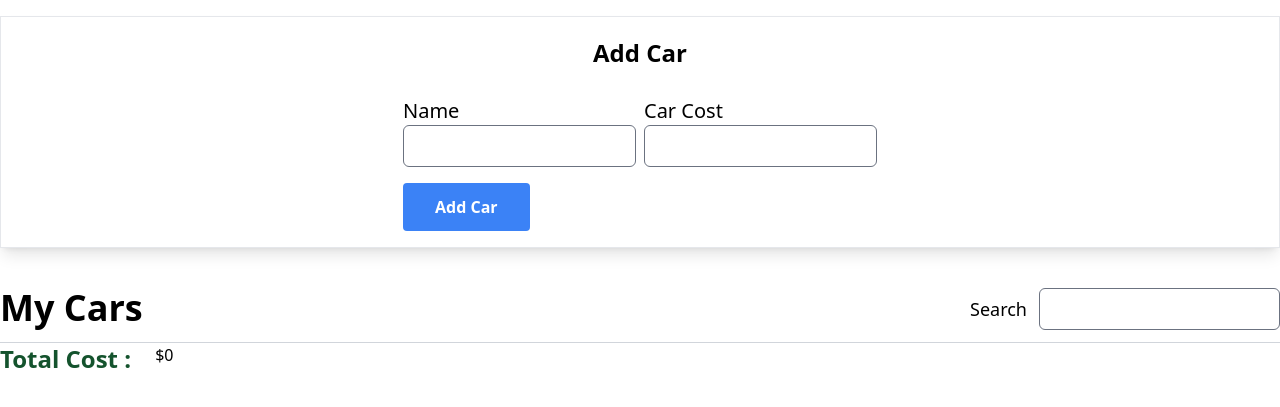
Repository: Marhamat92/carsappreduxtoolkit
Page: /
An editor plug-in stored every save of this project. The page is shown before and after the next save, followed by the edit.
The browser window is 1280 px wide. The pictures show the whole page.
The project was rebuilt for these pictures with package versions that can differ from the ones it lists, and the page was loaded fresh each time.

Above is the page before, as saved 2023-01-24 00:46:01.

After the next save:
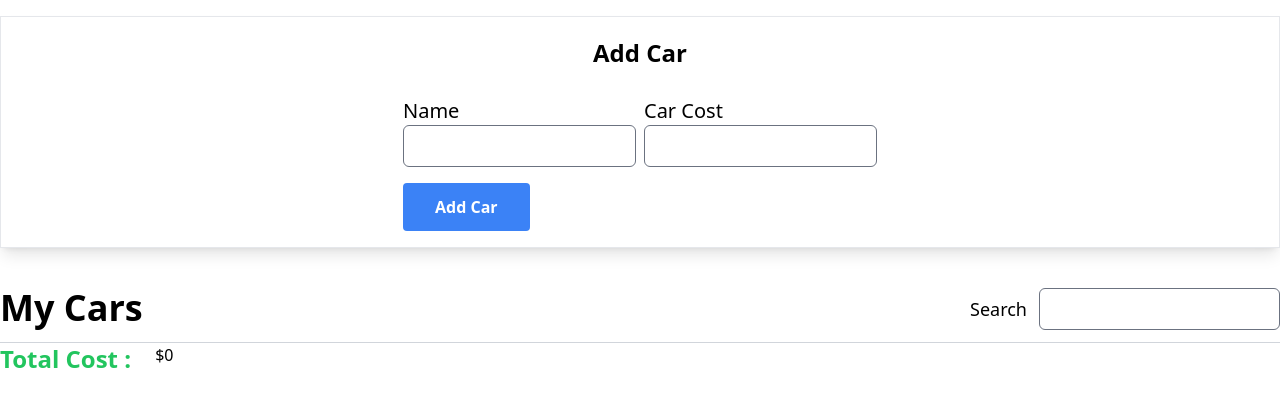
Saved 5 s later.
--- a/src/components/CarValue.js
+++ b/src/components/CarValue.js
@@ -13,7 +13,7 @@ function CarValue() {
 
   return (
     <div className='flex  space-x-6'>
-      <h1 className='text-2xl font-bold text-green-900' >Total Cost :</h1>
+      <h1 className='text-2xl font-bold text-green-500' >Total Cost :</h1>
       <h1>${totalCost}</h1>
     </div>
   )
